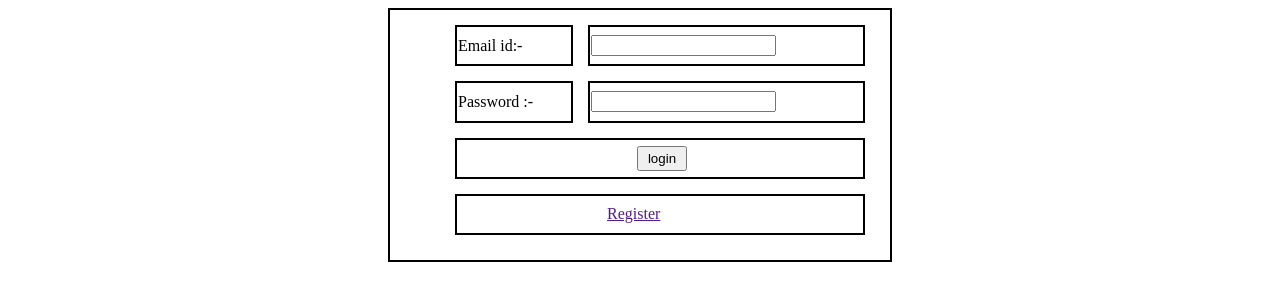
Repository: ShivrajMPujari/ServletApplication
Page: http://localhost/LoginReg/
An editor plug-in stored every save of this project. The page is shown before and after the next save, followed by the edit.
The browser window is 1280 px wide. The pictures show the whole page.
The page is served by Tomcat 9.

Above is the page before, as saved 2018-07-09 06:17:37.

After the next save:
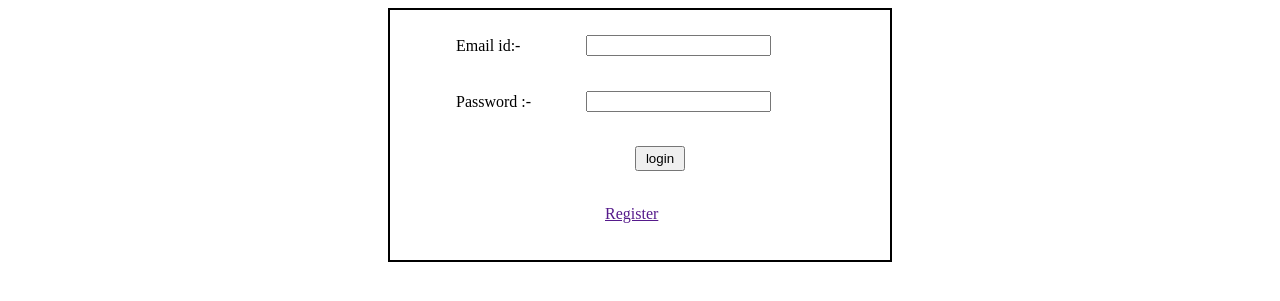
Saved 31 s later.
--- a/LoginReg/WebContent/index.css
+++ b/LoginReg/WebContent/index.css
@@ -15,7 +15,7 @@
 }
 tr,td{
 	height: 35px;
-	border:2px solid black;
+
 }
 .submitButton{
 	padding-left:180px;
